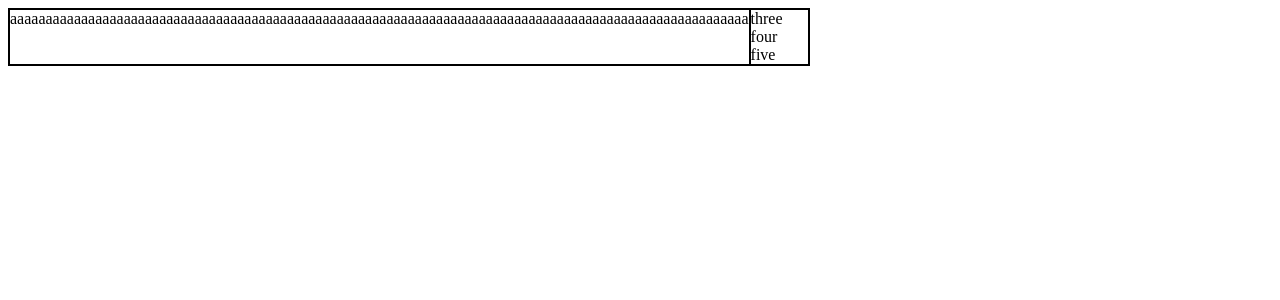
Repository: kpavankumaar/online_uk_class
Page: flex.html
These files come from the project's save history. The page is drawn as it stood at one moment and after the next save; the edit follows.
The browser window is 1280 px wide. The pictures show the whole page.

Above is the page before, as saved 2022-01-12 14:38:58.

### flex.html
<!DOCTYPE html>
<!-- <html lang="ar" dir="rtl" > -->
<html lang="en">
<head>
    <meta charset="UTF-8">
    <meta http-equiv="X-UA-Compatible" content="IE=edge">
    <meta name="viewport" content="width=device-width, initial-scale=1.0">
    <title>Document</title>
    <style>
        div.main{
            border:1px solid black;
            width:800px;
            display: flex;
        }
        div.box{
            border:1px solid black;
            /* flex-basis: 200px; */
            /* flex-grow:0;
            flex-shrink:1;
            flex-basis:auto; */
            /* flex : 0 1 auto; short hand version */
            /* flex-grow: 1; */
            /* flex-shrink: 0; */
            /* width:400px; */
        }
        .box1{
            /* flex-grow:1; */
            /* flex-grow: 1;
            flex-basis:200px; */
        }
        .box2{

        }
        .box3{
            /* flex-grow: 1;*/
            flex-basis: 200px;
            flex-shrink:1;
        }
    </style>
</head>
<body>
    <div class="main">
        <div class="box box1">
            aaaaaaaaaaaaaaaaaaaaaaaaaaaaaaaaaaaaaaaaaaaaaaaaaaaaaaaaaaaaaaaaaaaaaaaaaaaaaaaaaaaaaaaaaaaaaaaaaaaaaaaa
        </div>
        <!-- <div class="box box2">two</div> -->
        <div class="box box3">three <br> four <br>five</div>
    </div>
    <!-- <div class="main">
        <div class="box box1">
            ا
        </div>
        <div class="box box2">ب</div>
        <div class="box box3">ت</div>
    </div> -->

</body>
</html>

After the next save:
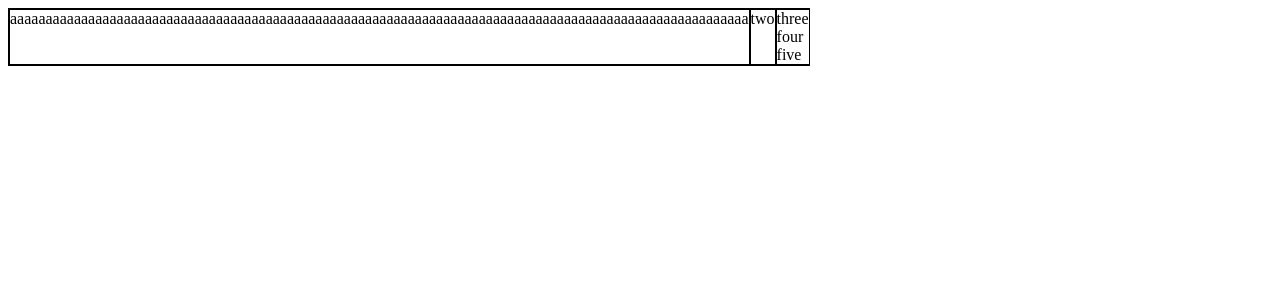
Saved 22 s later.
--- a/flex.html
+++ b/flex.html
@@ -43,7 +43,7 @@
         <div class="box box1">
             aaaaaaaaaaaaaaaaaaaaaaaaaaaaaaaaaaaaaaaaaaaaaaaaaaaaaaaaaaaaaaaaaaaaaaaaaaaaaaaaaaaaaaaaaaaaaaaaaaaaaaaa
         </div>
-        <!-- <div class="box box2">two</div> -->
+        <div class="box box2">two</div>
         <div class="box box3">three <br> four <br>five</div>
     </div>
     <!-- <div class="main">
